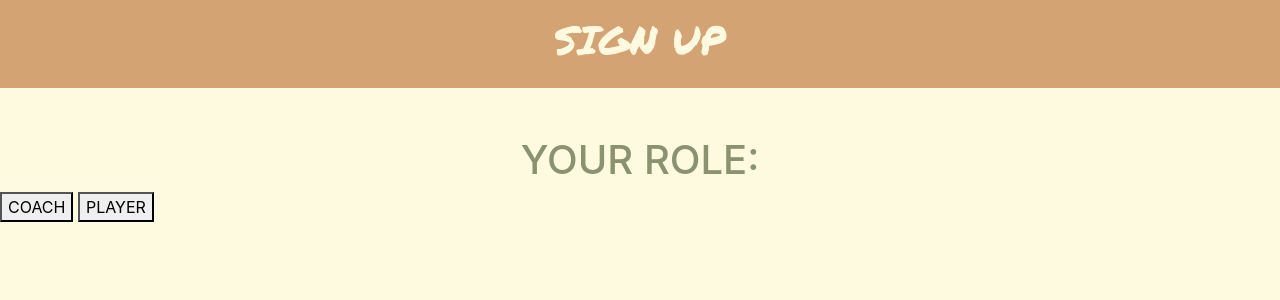
Repository: Aryaholmukhe/treasureHacks
Page: http://localhost/signup
The author's editor kept a copy of each file at every save. The page is drawn from the files as they stood at one save, then again after the next save.
The browser window is 1280 px wide. The pictures show the whole page.
The page is served by the project's Node server (server.js).

Above is the page before, as saved 2022-03-27 00:22:38.

After the next save:
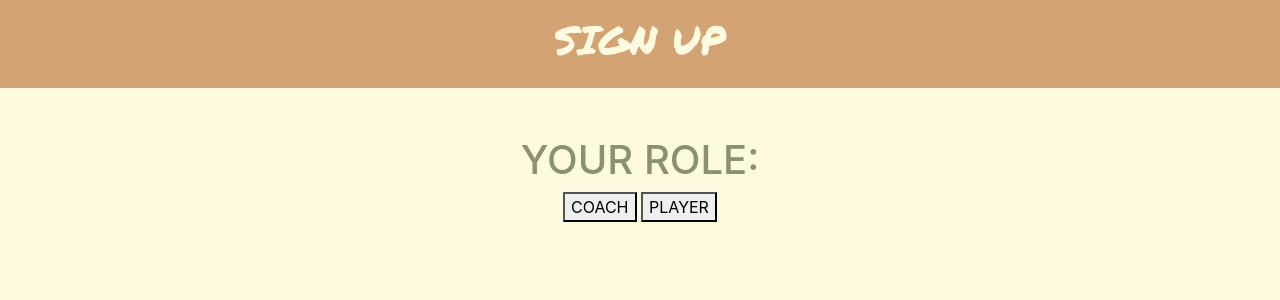
Saved 3 s later.
--- a/views/signup/signup.ejs
+++ b/views/signup/signup.ejs
@@ -19,10 +19,10 @@
 
     <h1 class="text-center mt-5" style="color: #8A926F">YOUR ROLE:</h1>
 
-    <div>
+    <div class="text-center">
     <a href="./coach" ><button name="coach">COACH</button></a>
     <a  href="./player"><button name="player">PLAYER</button></a>
-    </div
+    </div>
 
 </body>
 </html>
